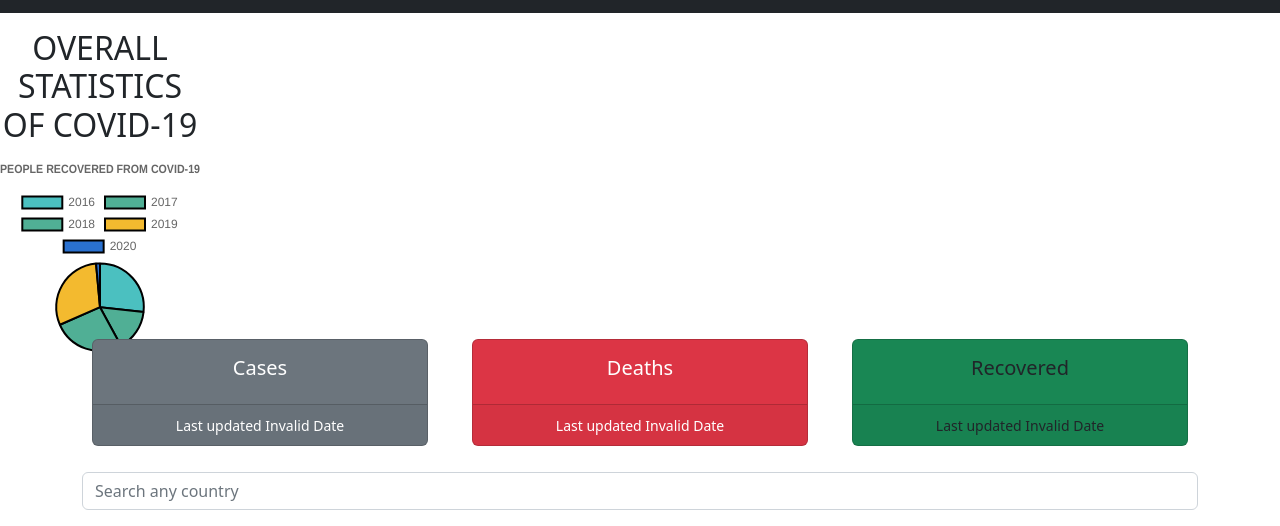
Repository: azizdeghais/CovidTracker
Page: /
These files come from the project's save history. The page is drawn as it stood at one moment and after the next save; the edit follows.
The browser window is 1280 px wide. The pictures show the part of the page from y = 313 to 839 px (the page is 839 px tall).
The page's requests for data from a server got no answer. The project was rebuilt for these pictures with package versions that can differ from the ones it lists, and the page was loaded fresh each time. No one was signed in, and anything a server would have sent is missing. Also part of the build but not shown: vite.config.js.

Above is the page before, as saved 2023-03-10 17:33:38.

After the next save:
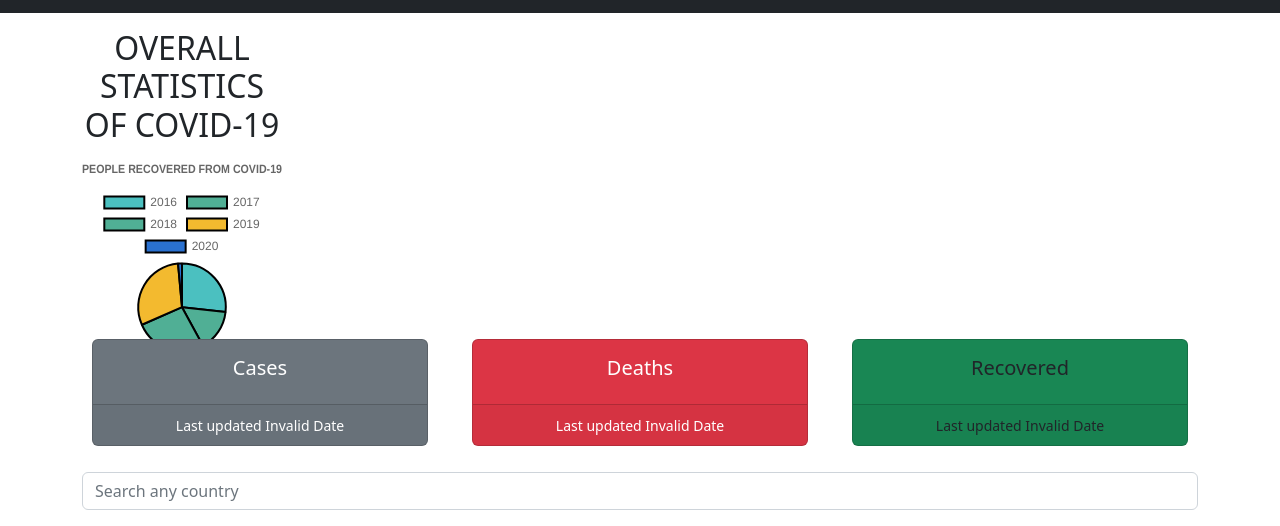
Saved 15 s later.
--- a/src/App.jsx
+++ b/src/App.jsx
@@ -106,12 +106,10 @@ function App() {
   return (
     <>
     <Nav/>
+    <Container>
     <div style={{width:'200px',height:'300px'}}>
         <PieChart chartData={chartData}/>
     </div>
-    <Container>
-
-
 
       <Row className='mb-3'>
         <Col>
